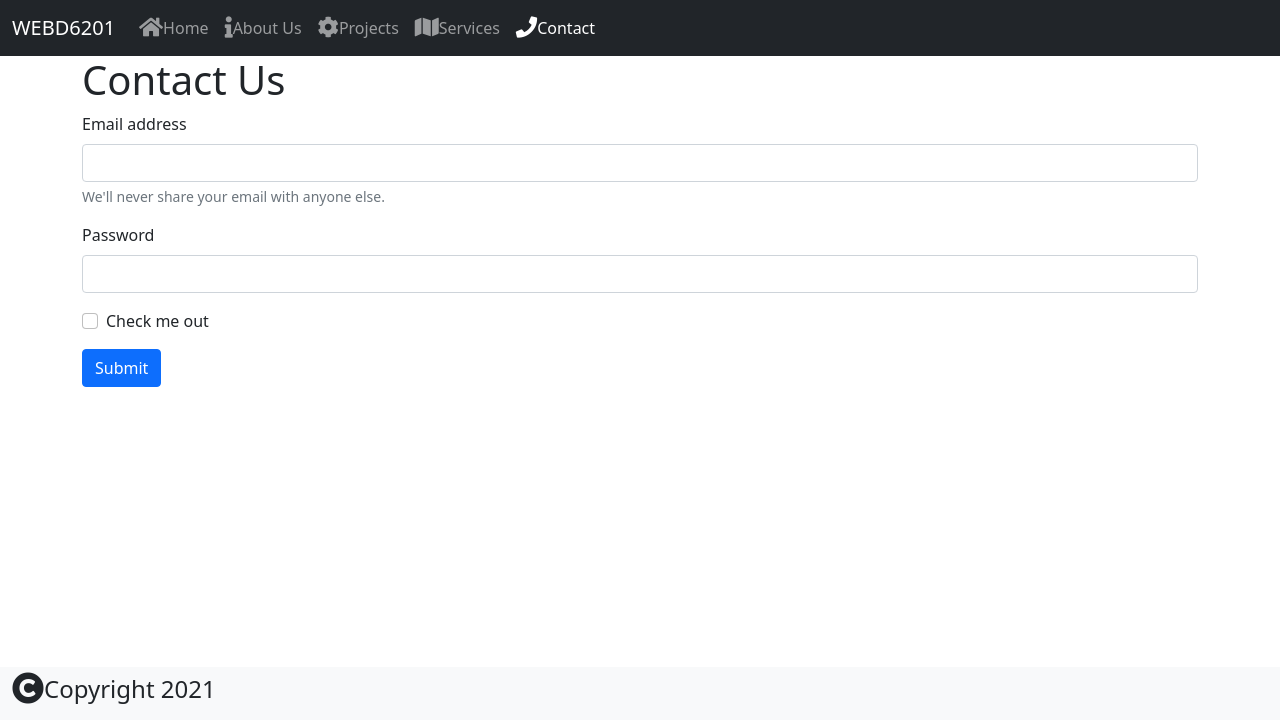
Repository: deividwsantoss/webd6201-W2021-ICE1
Page: contact.html
An editor plug-in stored every save of this project. The page is shown before and after the next save, followed by the edit.
The browser window is 1280 px wide. The pictures show the whole page.

Above is the page before, as saved 2021-02-02 12:44:40.

After the next save:
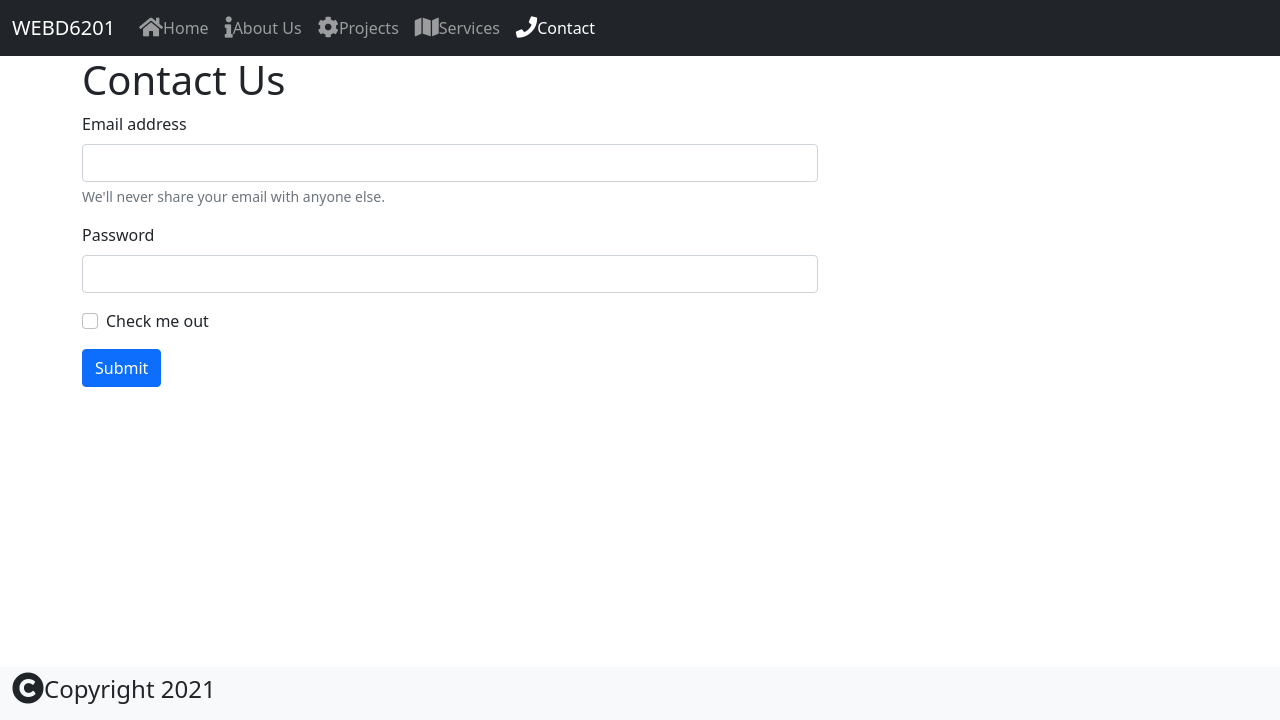
Saved 86 s later.
--- a/contact.html
+++ b/contact.html
@@ -46,9 +46,10 @@
     </header>
     <!-- Main content-->
     <main class="container">
+
         <h1>Contact Us</h1>
         <div class="row">
-        <form >
+        <form class="col-8">
           <div class="mb-3">
             <label for="exampleInputEmail1" class="form-label">Email address</label>
             <input type="email" class="form-control" id="exampleInputEmail1" aria-describedby="emailHelp">
